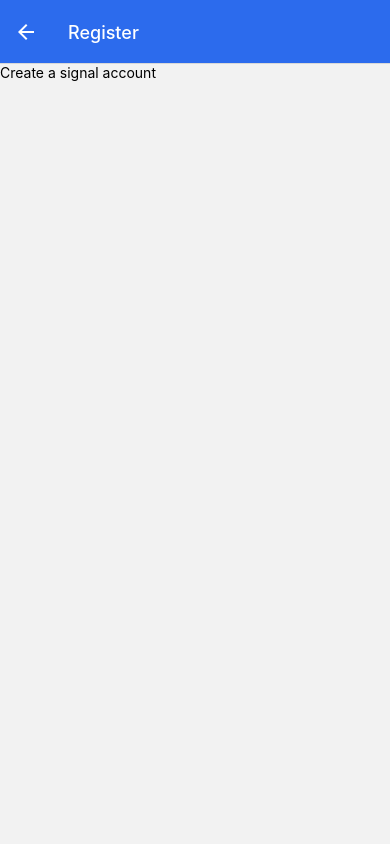
Repository: TheBoringBOT/signal-clone-reactnative-learn
Screen: /Register
These files come from the project's save history. The screen is drawn as it stood at one moment and after the next save; the edit follows.
The app was drawn by React Native's web renderer in a window 390 px wide. The project was rebuilt for these pictures with package versions that can differ from the ones it lists, and the page was loaded fresh each time.

Above is the screen before, as saved 2022-01-23 19:09:22.

After the next save:
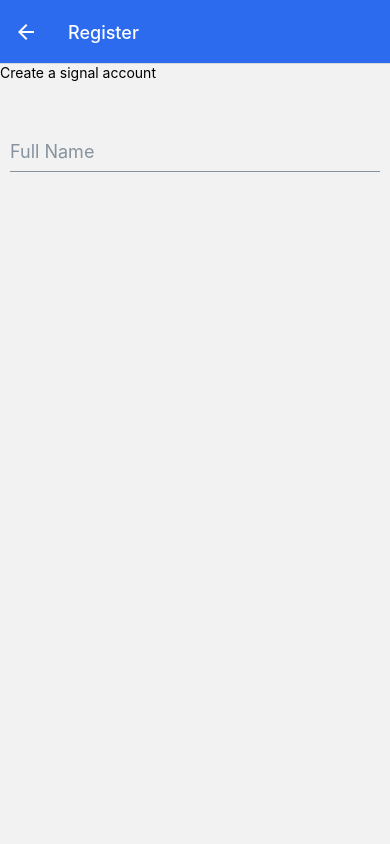
Saved 34 s later.
--- a/screens/RegisterScreen.js
+++ b/screens/RegisterScreen.js
@@ -12,7 +12,9 @@ const RegisterScreen = ({ navigation }) => {
         Create a signal account
       </Text>
 
-      <View style={styles.inputContainer}></View>
+      <View style={styles.inputContainer}>
+        <Input placeholder="Full Name" />
+      </View>
     </KeyboardAvoidingView>
   );
 };
